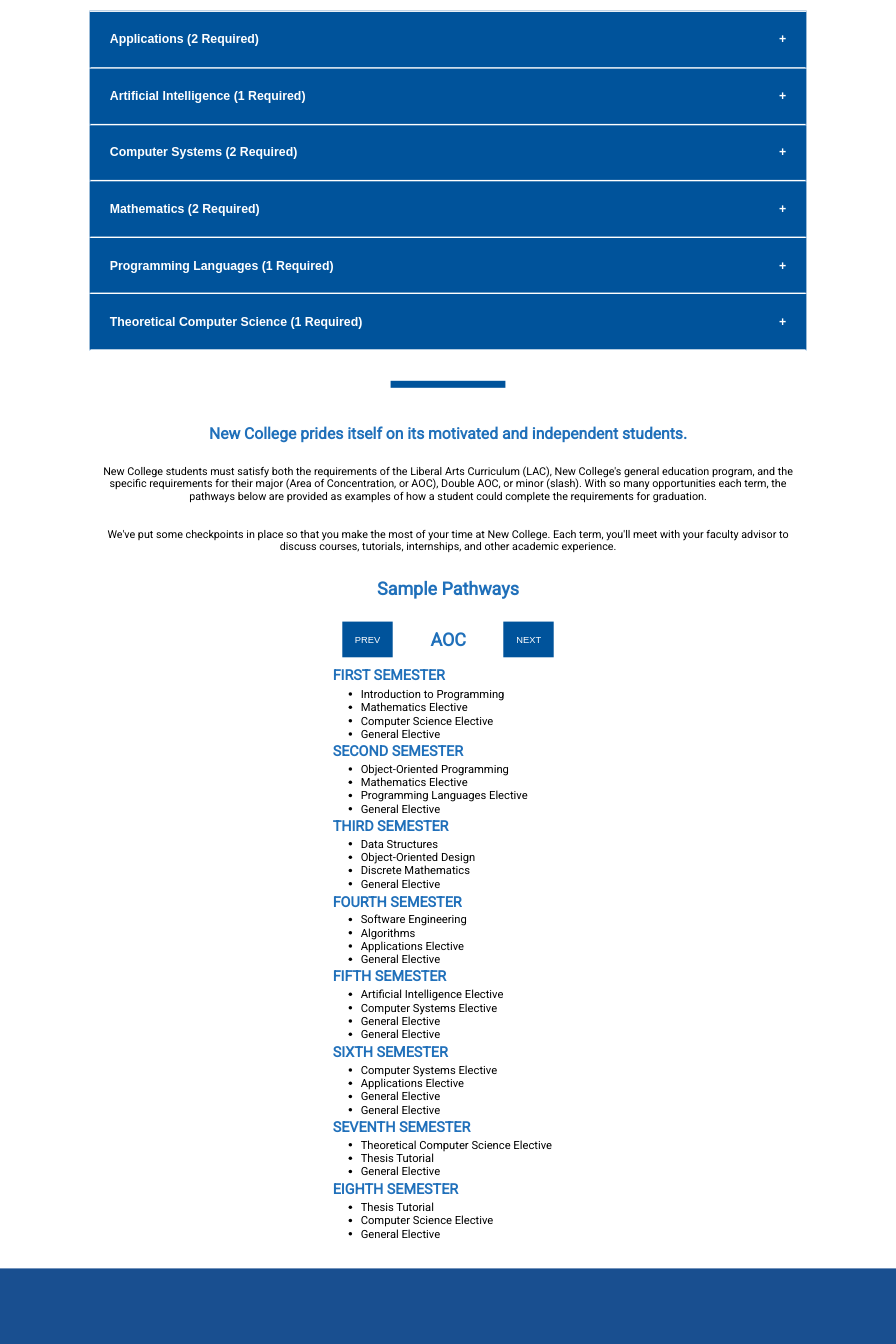
Repository: tylazar/NCFCS
Page: curriculum.html
An editor plug-in stored every save of this project. The page is shown before and after the next save, followed by the edit.
The browser window is 1280 px wide. The pictures show the part of the page from y = 1020 to 2940 px (the page is 2940 px tall before and 2593 px after), at 70% of full size.

Above is the page before, as saved 2020-02-12 17:21:55.

### curriculum.html
<!DOCTYPE html>
<html lang="en-US">
<head>
	<title>New College of Florida | Curriculum</title>

	<link rel="stylesheet" type="text/css" href="styles\curriculum.css">
	<link href="https://fonts.googleapis.com/css?family=Montserrat|Roboto&display=swap" rel="stylesheet">
</head>
<body>
	<ul id="top-nav">
		<li class="nav"><a href="https://www.ncf.edu/"><img id="nav-img-left" src="images\logo-white.png" alt="New College of Florida"></a></li>
		<li class="nav"><a class="top-link" href="index.html">Home</a></li>
		<li class="nav"><a class="top-link active" href="curriculum.html">Curriculum</a></li>
		<li class="nav"><a class="top-link" href="faculty\index.html">Faculty & Alumni</a></li>
		<li class="nav"><a class="top-link" href="projects\index.html">Student Projects</a></li>
		<li class="nav"><a class="top-link" href="resources.html">Highlights</a></li>
		<li class="nav"><img id="nav-img-right" src="images\four-winds-white.png" alt="Four Winds logo"></li>
	</ul>

	<div id="body-content">
		<h1>CURRICULUM</h1>
		<h3>At New College, we believe in the value of interdisciplinary education
		and flexibility in curriculum to meet each student's individual
		needs.</h3>
		<p class="standard-text">Instead of majors and minors, we have Areas of
		Concentrations (AOCs) and Slashes. Students wishing to having two AOCs
		as their primary educational focus can get a Double AOC in which the
		requirements of both AOCs are fully met. This system allows our students
		to focus on topics they're passionate in while still exploring other
		areas and learning from different perspectives. Each AOC has required
		courses for graduation, but the time these are taken and supplementary
		classes are up to the student and their advisor. </p>

		<hr>
		<h2>Core Computer Science Courses</h2>
		<img id="reqs" src="images\reqs.png" alt="A flowchart of core required courses">

		<h2>Sample Elective Courses</h2>
		<button class="collapsible first">Applications (2 Required)</button>
		<div class="collaps-content">
			<table>
				<tr>
					<td><p>Databases and Web Applications</p></td>
					<td><p>High Performance Computing</p></td>
				</tr>
				<tr>
					<td><p>Mobile Applications</p></td>
					<td><p>Augmented Reality</p></td>
				</tr>
				<tr>
					<td><p>Human Centered Computing</p></td>
					<td><p>Web Security</p></td>
				</tr>
				<tr>
					<td><p>Bioinformatics</p></td>
					<td><p>Computer Graphics</p></td>
				</tr>
			</table>
		</div>

		<button class="collapsible">Artificial Intelligence (1 Required)</button>
		<div class="collaps-content">
			<table>
				<tr>
					<td><p>Data Mining and Machine Learning</p></td>
					<td><p>Applied Machine Learning</p></td>
				</tr>
				<tr>
					<td><p>Natural Language Processing</p></td>
					<td><p>A.I. and its Philosophical Underpinnings</p></td>
				</tr>
				<tr>
					<td><p>Artificial Intelligence</p></td>
					<td><p>Multiagent Systems</p></td>
				</tr>
			</table>
		</div>

		<button class="collapsible">Computer Systems (2 Required)</button>
		<div class="collaps-content">
			<table>
				<tr>
					<td><p>Computer Networks</p></td>
					<td><p>Distributed Computing</p></td>
				</tr>
				<tr>
					<td><p>Intro Computer Architecture</p></td>
					<td><p>Parallel Algorithms</p></td>
				</tr>
				<tr>
					<td><p>Operating Systems</p></td>
					<td><p>Hacking</p></td>
				</tr>
			</table>
		</div>

		<button class="collapsible">Mathematics (2 Required)</button>
		<div class="collaps-content">
			<table>
				<tr>
					<td><p>Dealing with Data</p></td>
					<td><p>Graph Theory</p></td>
				</tr>
				<tr>
					<td><p>Linear Algebra</p></td>
					<td><p>Information Theory</p></td>
				</tr>
				<tr>
					<td><p>Calculus</p></td>
					<td><p>Number Theory</p></td>
				</tr>
			</table>
		</div>

		<button class="collapsible">Programming Languages (1 Required)</button>
		<div class="collaps-content">
			<table>
				<tr>
					<td><p>The C Programming Language</p></td>
					<td><p>Functional Problem Solving with Scheme</p></td>
				</tr>
				<tr>
					<td><p>Principles of Programming Languages</p></td>
					<td><p>C++</p></td>
				</tr>
				<tr>
					<td><p>Compilers</p></td>
				</tr>
			</table>
		</div>

		<button class="collapsible">Theoretical Computer Science (1 Required)</button>
		<div class="collaps-content">
			<table>
				<tr>
					<td><p>Advanced Algorithm Design and Analysis</p></td>
					<td><p>Cryptography</p></td>
				</tr>
				<tr>
					<td><p>Computational Complexity Theory</p></td>
					<td><p>Applied Topics in Algorithms</p></td>
				</tr>
				<tr>
					<td><p>Theory of Computation</p></td>
					<td><p>Advanced Discrete Mathematics</p></td>
				</tr>
			</table>
		</div>


		<hr>
		<h3>New College prides itself on its motivated and independent students.</h3>
		<p class="standard-text">New College students must satisfy both the requirements of the Liberal Arts Curriculum (LAC), New College's general education program, and the specific requirements for their major (Area of Concentration, or AOC), Double AOC, or minor (slash). With so many opportunities each term, the pathways below are provided as examples of how a student could complete the requirements for graduation.</p>
		<p class="standard-text">We've put some checkpoints in place so that you make the most of your time at New College. Each term, you'll meet with your faculty advisor to discuss courses, tutorials, internships, and other academic experience. </p>

		<script type="text/javascript" src="scripts\collapsible.js"></script>

		<h2 class="path-h2">Sample Pathways</h2>

		<div class="path">
			<div class="path-header">
				<button class="path-btn" onclick="changePath(-1)">PREV</button>
				<h2>AOC</h2>
				<button class="path-btn" onclick="changePath(1)">NEXT</button>
			</div>
			<ul>
				<li class="semester left"><h4>FIRST SEMESTER</h4>
					<ul>
						<li>Introduction to Programming</li>
						<li>Mathematics Elective</li>
						<li>Computer Science Elective</li>
						<li>General Elective</li>
					</ul>
				</li>
				<li class="semester right"><h4>SECOND SEMESTER</h4>
					<ul>
						<li>Object-Oriented Programming</li>
						<li>Mathematics Elective</li>
						<li>Programming Languages Elective</li>
						<li>General Elective</li>
					</ul>
				</li>
				<li class="semester left"><h4>THIRD SEMESTER</h4>
					<ul>
						<li>Data Structures</li>
						<li>Object-Oriented Design</li>
						<li>Discrete Mathematics</li>
						<li>General Elective</li>
					</ul>
				</li>
				<li class="semester right"><h4>FOURTH SEMESTER</h4>
					<ul>
						<li>Software Engineering</li>
						<li>Algorithms</li>
						<li>Applications Elective</li>
						<li>General Elective</li>
					</ul>
				</li>
				<li class="semester left"><h4>FIFTH SEMESTER</h4>
					<ul>
						<li>Artificial Intelligence Elective</li>
						<li>Computer Systems Elective</li>
						<li>General Elective</li>
						<li>General Elective</li>
					</ul>
				</li>
				<li class="semester right"><h4>SIXTH SEMESTER</h4>
					<ul>
						<li>Computer Systems Elective</li>
						<li>Applications Elective</li>
						<li>General Elective</li>
						<li>General Elective</li>
					</ul>
				</li>
				<li class="semester left"><h4>SEVENTH SEMESTER</h4>
					<ul>
						<li>Theoretical Computer Science Elective</li>
						<li>Thesis Tutorial</li>
						<li>General Elective</li>
					</ul>
				</li>
				<li class="semester right"><h4>EIGHTH SEMESTER</h4>
					<ul>
						<li>Thesis Tutorial</li>
						<li>Computer Science Elective</li>
						<li>General Elective</li>
					</ul>
				</li>
			</ul>
		</div>

		<div class="path">
			<div class="path-header">
				<button class="path-btn" onclick="changePath(-1)">PREV</button>
				<h2>DOUBLE</h2>
				<button class="path-btn" onclick="changePath(1)">NEXT</button>
			</div>
			<ul>
				<li class="semester"><h4>FIRST SEMESTER</h4>
					<ul>
						<li>Introduction to Programming</li>
						<li>Mathematics Elective</li>
						<li>Course in Double AOC</li>
						<li>Course in Double AOC</li>
					</ul>
				</li>
				<li class="semester"><h4>SECOND SEMESTER</h4>
					<ul>
						<li>Object-Oriented Programming</li>
						<li>Programming Languages Elective</li>
						<li>Course in Double AOC</li>
						<li>Course in Double AOC</li>
					</ul>
				</li>
				<li class="semester"><h4>THIRD SEMESTER</h4>
					<ul>
						<li>Data Structures</li>
						<li>Object-Oriented Design</li>
						<li>Course in Double AOC</li>
						<li>Course in Double AOC</li>
					</ul>
				</li>
				<li class="semester"><h4>FOURTH SEMESTER</h4>
					<ul>
						<li>Software Engineering</li>
						<li>Algorithms</li>
						<li>Course in Double AOC</li>
						<li>Course in Double AOC</li>
					</ul>
				</li>
				<li class="semester"><h4>FIFTH SEMESTER</h4>
					<ul>
						<li>Discrete Mathematics</li>
						<li>Systems Elective</li>
						<li>Course in Double AOC</li>
						<li>Course in Double AOC</li>
					</ul>
				</li>
				<li class="semester"><h4>SIXTH SEMESTER</h4>
					<ul>
						<li>Artificial Intelligence Elective</li>
						<li>Computer Science Elective</li>
						<li>Computer Science Elective</li>
					</ul>
				</li>
				<li class="semester"><h4>SEVENTH SEMESTER</h4>
					<ul>
						<li>Thesis Tutorial</li>
						<li>Applications Elective</li>
						<li>Course in Double AOC</li>
					</ul>
				</li>
				<li class="semester"><h4>EIGHTH SEMESTER</h4>
					<ul>
						<li>Thesis Tutorial</li>
						<li>Applications Elective</li>
						<li>Course in Double AOC</li>
					</ul>
				</li>
			</ul>
		</div>

		<div class="path">
			<div class="path-header">
				<button class="path-btn" onclick="changePath(-1)">PREV</button>
				<h2>SLASH</h2>
				<button class="path-btn" onclick="changePath(1)">NEXT</button>
			</div>
			<ul>
				<li class="semester"><h4>FIRST SEMESTER</h4>
					<ul>
						<li>Introduction to Programming</li>
						<li>Course in AOC</li>
						<li>Course in AOC</li>
						<li>General Elective</li>
					</ul>
				</li>
				<li class="semester"><h4>SECOND SEMESTER</h4>
					<ul>
						<li>Object-Oriented Programming</li>
						<li>Course in AOC</li>
						<li>Course in AOC</li>
						<li>General Elective</li>
					</ul>
				</li>
				<li class="semester"><h4>THIRD SEMESTER</h4>
					<ul>
						<li>Computer Science Elective</li>
						<li>Course in AOC</li>
						<li>Course in AOC</li>
						<li>General Elective</li>
					</ul>
				</li>
				<li class="semester"><h4>FOURTH SEMESTER</h4>
					<ul>
						<li>Computer Science Elective</li>
						<li>Course in AOC</li>
						<li>Course in AOC</li>
						<li>General Elective</li>
					</ul>
				</li>
				<li class="semester"><h4>FIFTH SEMESTER</h4>
					<ul>
						<li>Computer Science Elective</li>
						<li>Course in AOC</li>
						<li>Course in AOC</li>
						<li>General Elective</li>
					</ul>
				</li>
				<li class="semester"><h4>SIXTH SEMESTER</h4>
					<ul>
						<li>Course in AOC</li>
						<li>Course in AOC</li>
						<li>General Elective</li>
						<li>General Elective</li>
					</ul>
				</li>
				<li class="semester"><h4>SEVENTH SEMESTER</h4>
					<ul>
						<li>Thesis Tutorial</li>
						<li>Course in AOC</li>
						<li>General Elective</li>
					</ul>
				</li>
				<li class="semester"><h4>EIGHTH SEMESTER</h4>
					<ul class="classes">
						<li>Thesis Tutorial</li>
						<li>Course in AOC</li>
						<li>General Elective</li>
					</ul>
				</li>
			</ul>
		</div>

		<script type="text/javascript" src="scripts\pathways.js"></script>
	</div>

	<div class="footer">

	</div>
</body>
</html>

### styles/curriculum.css
@import "common.css";

/* Stuff for the collapsible (break this all up please) */
/* Still needs work - this is the default design */
.collapsible {
  color: white;
  background-color: #00539B;
  cursor: pointer;
  padding: 4vh;
  width: 100%;
  border-bottom: none;
  border-top: none;
  border-left: white;
  border-right: white;
  text-align: left;
  outline: none;
  font-size: 1.1em;
  font-weight: bold;
}

#reqs {
  margin: auto;
  width: 80%;
}

.first {
  border-top: 2px solid white;
}

.active-collaps,
.collapsible:hover,
.collapsible:focus {
  background-color: #2070ba;
  color: white;
}

.collapsible:hover:after {
  content: '\002B';
  color: white;
}

.collapsible:after {
  content: '\002B';
  color: white;
  font-weight: bold;
  float: right;
  margin-left: 5px;
}

.collapsible:after:focus {
  border: 1px solid white;
}

.active-collaps {
  border: none;
}

.active-collaps:after {
  content: '\2212';
  color: white;
}

.active-collaps:hover:after {
  content: '\2212';
}

.collaps-content {
  padding: 0 18px;
  max-height: 0;
  overflow: hidden;
  transition: max-height 0.2s ease-out;
  color: #2070ba;
  border-left: 2px solid #2070ba;
  border-right: 2px solid #2070ba;
  border-bottom: 2px solid white;

}

.collaps-content table {
	width: 100%;
	align-content: center;
}

/* stuff for pathways */
.path-header {
	display: flex;
	width: 100%;
	justify-content: center;
}

.path {
	display: flex;
	width: 40%;
	justify-content: center;
	margin: auto;
}

.semester {
  list-style: none;
}

h6 {
  margin-top: 2em;
  margin-bottom: 2em;
}

ul {
  text-align: left;
  margin-top: -2em;
  padding-top: -2em;
  margin-bottom: -2em;
  list-style-type: disc;
}

.path-btn {
  text-align: center;
  display: table-cell;
  vertical-align: middle;
  margin: auto;
  background-color: #00539B;
  color: white;
  border: none;
  padding: 18px 18px;
  cursor: pointer;
}

.path-btn:hover,
.path-btn:focus {
  background-color: #2070ba;
}

### scripts/collapsible.js
var coll = document.getElementsByClassName("collapsible");
var i;

for (i = 0; i < coll.length; i++) {
  coll[i].addEventListener("click", function() {
    this.classList.toggle("active-collaps");
    var content = this.nextElementSibling;
    if (content.style.maxHeight) {
      content.style.maxHeight = null;
    } else {
      content.style.maxHeight = content.scrollHeight + "px";
    }
  });
}

### scripts/pathways.js
let slideIndex = 1;
showPath(slideIndex);

function changePath(n) {
	showPath(slideIndex += n);
}

function currentPath(n) {
	showPath(slideIndex = n);
}

function showPath(n) {
	let paths = document.getElementsByClassName("path");

	if (n > paths.length) {slideIndex = 1;}
	if (n < 1) {slideIndex = paths.length;}
	for (let i = 0; i < paths.length; i++) {
		paths[i].style.display = "none";
	}
	paths[slideIndex - 1].style.display = "block";
}

### styles/common.css
/* top navigation bar */
#top-nav {
	list-style-type: none;
	margin: 0;
	padding: 0;
	overflow: hidden;
	background-color: #194f90;
	display: flex;
	justify-content: space-between;
	align-items: center;
	font-family: 'Roboto', sans-serif;
	text-transform: uppercase;
}

#nav-img-left {
	height: 3em;
	margin: 1em;
	float: left;
}

.nav {
	float: left;
}

.top-link {
	display: block;
	color: white;
	text-align: center;
	text-decoration: none;
	padding: 32px 44px;
}

#nav-img-right {
	height: 3em;
	margin: 1em;
	float: right;
}

li a:hover,
li a:focus {
	background-color: #2070ba;
}

.active:focus {
	background-color: #2070ba;
	color: white;
}

.active {
	color: #fcbf49;
	font-weight: bold;
}


body {
	margin: 0;
	text-align: center;
	font-family: 'Roboto', sans-serif;
	overflow-x: hidden;
}

#body-content {
	width: 80%;
	display: block;
	margin: auto;
	margin-bottom: 10vh;
}

h1 {
	margin-top: 6vh;
	font-family: 'Roboto', sans-serif;
	color: #003087;
	font-size: 3vw;
	font-weight: bolder;
}

h2 {
	font-family: 'Roboto', sans-serif;
	color: #2070ba;
	font-size: 2vw;
}

h3 {
	font-family: 'Roboto', sans-serif;
	color: #2070ba;
	line-height: 2em;
	font-size: 1.75vw;
}

h4 {
	font-family: 'Roboto', sans-serif;
	color: #2070ba;
	line-height: 2em;
	font-size: 1.6vw;
}

hr {
	width: 15%;
	border: 0.8vh solid #00539b;
	margin-top: 6vh;
	margin-bottom: 6vh;
}

.main-img {
	width: 100vw;
	height: 70vh;
	object-fit: cover;
	display: block;
	margin: auto;
}

.rnd-img {
	border-radius: 50%;
	max-width: 20vw;
}

.standard-text {
	font-size: 1.2vw;
	margin-bottom: 5vh;
}

.footer {
	height: 15vh;
	background-color: #194f90;
	position: relative;
	right: 0;
	left: 0;
	bottom: 0;
	width: 100%;
}

After the next save:
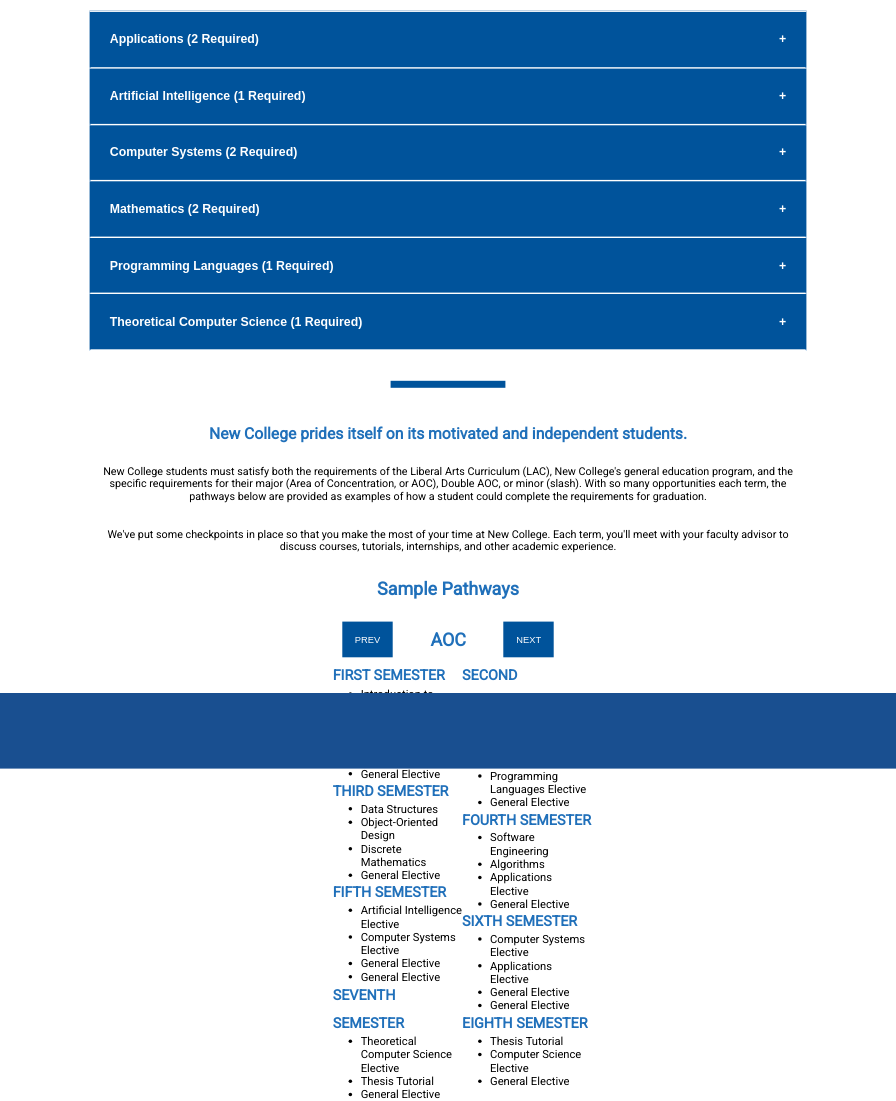
Saved 46 s later.
--- a/styles/curriculum.css
+++ b/styles/curriculum.css
@@ -128,3 +128,13 @@
 .path-btn:focus {
   background-color: #2070ba;
 }
+
+.left {
+  width: 50%;
+  float: left;
+}
+
+.right {
+  width: 50%;
+  float: right;
+}
